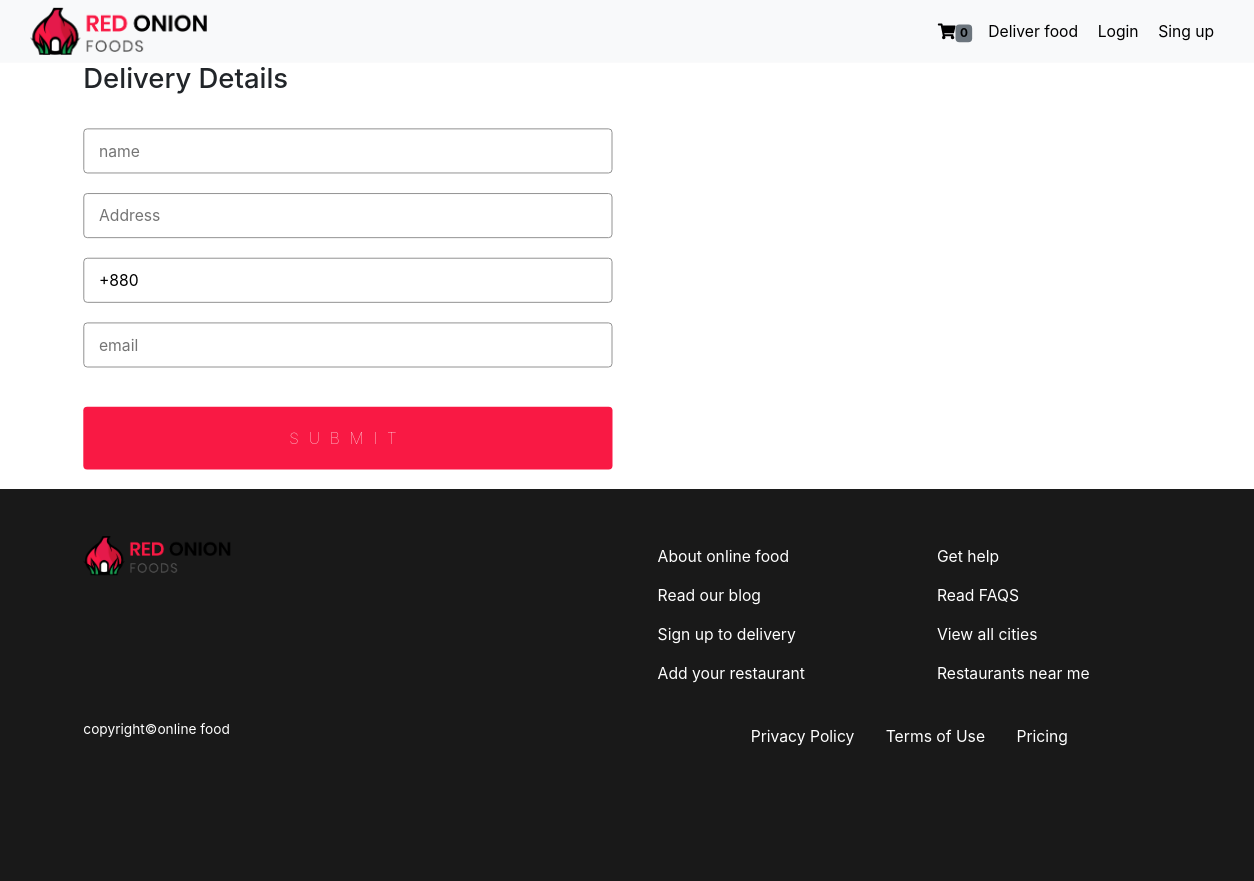
Repository: arif286/red-onion-client
Page: /cart
The author's editor kept a copy of each file at every save. The page is drawn from the files as they stood at one save, then again after the next save.
The browser window is 1280 px wide. The pictures show the whole page, at 98% of full size.
The project was rebuilt for these pictures with package versions that can differ from the ones it lists, and the page was loaded fresh each time. Some packages were replaced by stand-ins written for this rebuild. Also part of the build but not shown: src/App.css, src/components/SearchBar/SearchBar.css, src/components/SearchBar/SearchBar.js, src/components/FoodDetails/FoodDetail.css, src/components/FoodDetails/FoodDetail.js, src/components/DeliveryFood/DeliveryFood.js, src/components/Food/Food.css, src/components/Food/FoodItem.js and 9 more.

Above is the page before, as saved 2021-03-30 16:21:28.

### src/App.js
import "bootstrap/dist/css/bootstrap.min.css";
import React, { createContext, useState } from "react";
import { BrowserRouter as Router, Route, Switch } from "react-router-dom";
import './App.css';
import Cart from "./components/Cart/Cart";
import FoodDetail from "./components/FoodDetails/FoodDetail";
import Footer from "./components/Footer/Footer";
import Header from "./components/Header/Header";
import Home from './components/Home/Home';
import Login from "./components/LogIn/Login";
import SingUp from "./components/SingUp/SingUp";


export const UserContext = createContext();
function App() {
  const [loggedInUser, setLoggedInUser] = useState({});
  return (
    <UserContext.Provider value={[loggedInUser, setLoggedInUser]}>
      <Router>
        <Header />
        <Switch>
          <Route path="/home">
            <Home />
          </Route>
          <Route path="/signUp">
            <SingUp />
          </Route>
          <Route path="/login">
            <Login />
          </Route>
          <Route path="/food/details/:foodId">
            <FoodDetail />
          </Route>
          <Route path='/cart'>
            <Cart/>
          </Route>
          <Route exact path="/">
            <Home/>
          </Route>
        </Switch>
        <Footer />
      </Router>
    </UserContext.Provider>
  );

}

export default App;

### src/components/Cart/Cart.js
import React, { useContext } from 'react';
import { useForm } from 'react-hook-form';
import { UserContext } from '../../App';
import './Cart.css';
const Cart = () => {
    const [loggedInUser, setLoggedInUser] = useContext(UserContext);
    const { count, foodItem } = loggedInUser;

    const { register, handleSubmit, errors } = useForm();

    const onSubmit = (data) => {
        console.log(data)
    }
    return (
      <div className="container">
        <div className="row justify-content-between">
          <div className="col-md-6 col-sm-12">
            <h3>Delivery Details</h3>
            <form className='delivery-form' onSubmit={handleSubmit(onSubmit)}>
              <input
                type="text"
                name="name"
                placeholder="name"
                ref={register({
                  validate: (value) => (value.length !== ''),
                  required: true,
                })}
              />
              {errors.name && <p>please write your name</p>}

              <input
                type="text"
                name="address"
                placeholder="Address"
                ref={register({
                  validate: (value) => (value.length !== ''),
                  required: true,
                })}
              />
              {errors.address && <p>please write correct address</p>}
              <input
                type="phone"
                name="phone"
                placeholder="phone"
                defaultValue="+880"
                ref={register({
                  validate: (value) => value.length !== 14,
                  required: true,
                })}
              />
              {errors.phone && <p>please type a correct number</p>}
                <input
                 name = 'email'
                 type = "email"
                 placeholder = "email"
                 ref={register({
                  pattern: /^(([^<>()[\]\\.,;:\s@"]+(\.[^<>()[\]\\.,;:\s@"]+)*)|(".+"))@((\[[0-9]{1,3}\.[0-9]{1,3}\.[0-9]{1,3}\.[0-9]{1,3}\])|(([a-zA-Z\-0-9]+\.)+[a-zA-Z]{2,}))$/,
                  required: true,
                })}
              />
              {
                  errors.email && <p>Invalid Email</p>
              }
              <input type="submit" value="submit" />
            </form>
          </div>
          <div className="col-md-4 col-sm-12"></div>
        </div>
      </div>
    );
};

export default Cart;

### src/components/Footer/Footer.js
import React from 'react';
import { NavLink } from 'react-bootstrap';
import Logo from '../../onion-restaurent/logo2.png';
import './Footer.css';

const Footer = () => {
    return (
      <footer>
        <div className="container">
          <div className="row pt-5">
            <div className="col-md-6 col-sm-12 pb-4">
              <img className="footer-img" src={Logo} alt="" />
            </div>
            <div className="col-md-3 col-sm-12 pb-4">
              <ul className="nav flex-column">
                <li className="nav-item">
                  <NavLink
                    className="nav-link active footer-link"
                    aria-current="page"
                    to="/"
                  >
                    About online food
                  </NavLink>
                </li>
                <li className="nav-item">
                  <NavLink className="nav-link footer-link" to="/">
                    Read our blog
                  </NavLink>
                </li>
                <li className="nav-item">
                  <NavLink className="nav-link footer-link" to="/">
                    Sign up to delivery
                  </NavLink>
                </li>
                <li className="nav-item">
                  <NavLink className="nav-link footer-link" to="/">
                    Add your restaurant
                  </NavLink>
                </li>
              </ul>
            </div>
            <div className="col-md-3 col-sm-12 pb-4">
              <ul className="nav flex-column">
                <li className="nav-item">
                  <NavLink
                    className="nav-link footer-link"
                    aria-current="page"
                    to="/"
                  >
                    Get help
                  </NavLink>
                </li>
                <li className="nav-item">
                  <NavLink className="nav-link footer-link" to="/">
                    Read FAQS
                  </NavLink>
                </li>
                <li className="nav-item">
                  <NavLink className="nav-link footer-link" to="/">
                    View all cities
                  </NavLink>
                </li>
                <li className="nav-item">
                  <NavLink className="nav-link footer-link" to="/">
                    Restaurants near me
                  </NavLink>
                </li>
              </ul>
            </div>
          </div>

          <div className="row">
            <div className="col-md-7">
              <p className='copy-right'>
                <small>
                  copyright<span>&#169;</span>online food
                </small>
              </p>
            </div>
            <div className="col-md-5">
              <div className='d-flex'>
                <NavLink className="footer-link">Privacy Policy</NavLink>
                <NavLink className="footer-link">Terms of Use</NavLink>
                <NavLink className="footer-link">Pricing</NavLink>
              </div>
            </div>
          </div>
        </div>
      </footer>
    );
};

export default Footer;

### src/components/Header/Header.js
import { faShoppingCart } from "@fortawesome/free-solid-svg-icons";
import { FontAwesomeIcon } from "@fortawesome/react-fontawesome";
import React from 'react';
import { NavLink } from "react-router-dom";
import logo from '../../onion-restaurent/logo2.png';
import './Header.css';
const cart = <FontAwesomeIcon icon={faShoppingCart} />;
const Header = () => {
    const header = {
        logo : {width: '180px'}
    }
    return (
      <div>
        <nav className="navbar navbar-expand-lg navbar-light bg-light">
          <div className="container-fluid">
            <div>
              <img style={header.logo} src={logo} alt="" />
            </div>
            <button
              className="navbar-toggler"
              type="button"
              data-bs-toggle="collapse"
              data-bs-target="#navbarNav"
              aria-controls="navbarNav"
              aria-expanded="false"
              aria-label="Toggle navigation"
            >
              <span className="navbar-toggler-icon"></span>
            </button>
            <div
              className="collapse  navbar-collapse justify-content-end"
              id="navbarNav"
            >
              <ul className="navbar-nav align-items-center">
                <li className="nav-item">
                  <button className=" cart-btn" to="/">
                    {cart}
                    <small className="badge bg-secondary">0</small>
                  </button>
                </li>
                <li className="nav-item">
                  <NavLink className="header-link" to="/cart">
                    Deliver food
                  </NavLink>
                </li>
                <li className="nav-item">
                  <NavLink className="header-link" to="/login">
                    Login
                  </NavLink>
                </li>
                <li className="nav-item">
                  <NavLink className="header-link" to="/signUp">
                    Sing up
                  </NavLink>
                </li>
              </ul>
            </div>
          </div>
        </nav>
      </div>
    );
};

export default Header;

### src/components/Cart/Cart.css
.delivery-form input {
  width: 100%;
  padding: 10px 15px;
  box-sizing: border-box;
  margin-bottom: 20px;
  border: 1px solid #909090;
  outline: none;
  border-radius: 4px;
}
.delivery-form input:first-child {
  margin-top: 25px;
}

.delivery-form p {
  color: #bf1650;
  margin-bottom: 20px;
}

.delivery-form p::before {
  display: inline;
  content: "⚠ ";
}

button[type="submit"],
.delivery-form input[type="submit"] {
  background: #f91944;
  color: white;
  text-transform: uppercase;
  border: none;
  margin-top: 20px;
  padding: 20px;
  font-size: 16px;
  font-weight: 100;
  letter-spacing: 10px;
}

button[type="submit"]:hover,
.delivery-form input[type="submit"]:hover {
  background: #d83153;
}

### src/components/Footer/Footer.css
.footer-img {
  width: 150px;
}
footer {
  background-color: #191919;
  height: 400px;
}
.footer-link {
  color: white;
}
.footer-link:hover {
  color: #878787;
}
.copy-right {
  color: white;
}

### src/components/Header/Header.css
.header-link {
  color: black;
  display: inline-block;
  padding: 10px;
}
.header-link:hover {
  text-decoration: none;
  color: #777777;
}
.cart-btn {
  border: none;
  background: none;
}

Loaded but not shown: public/index.html (common file); src/index.js (common file); src/index.css (common file); src/reportWebVitals.js (common file)

After the next save:
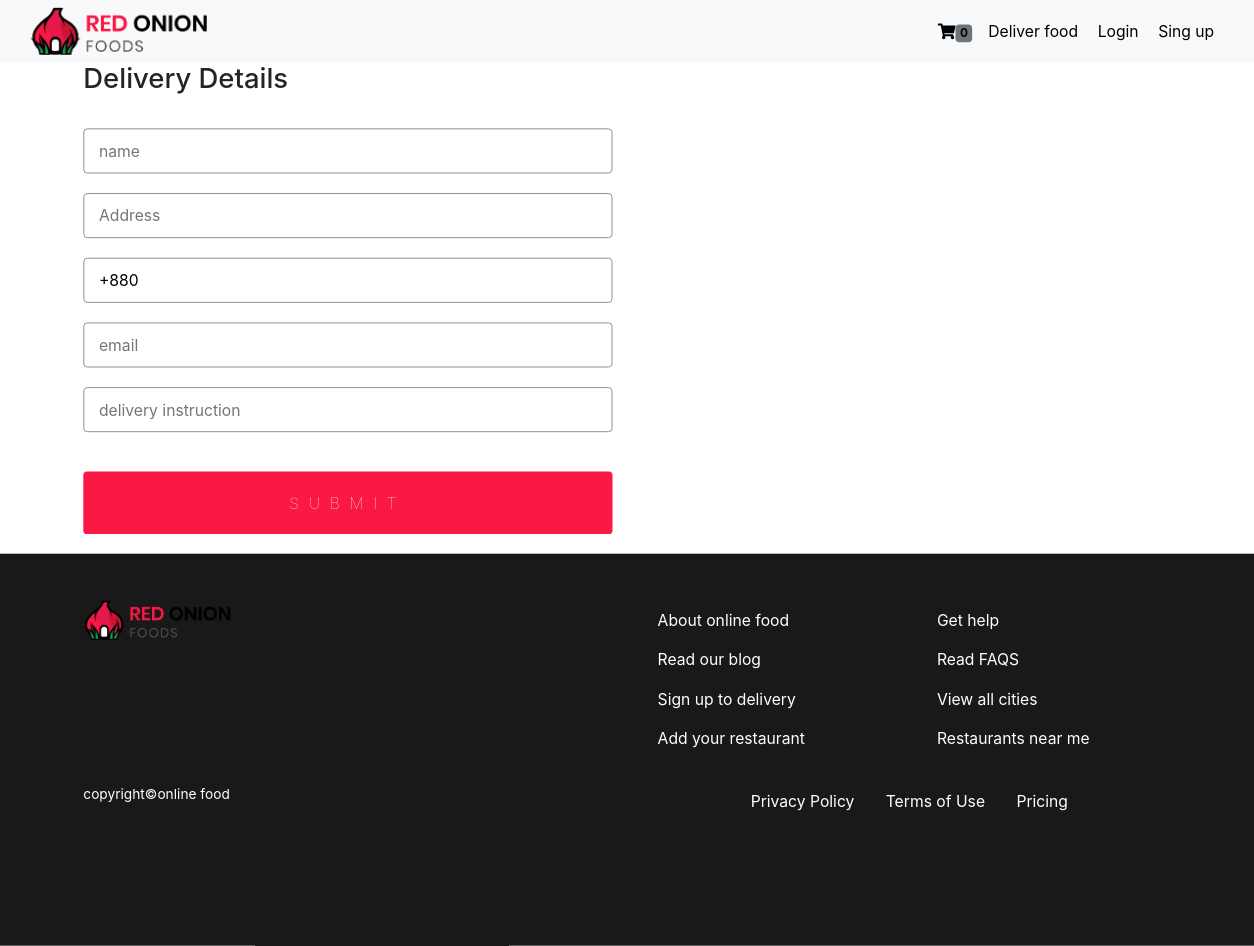
Saved 8 min 39 s later.
--- a/src/components/Cart/Cart.js
+++ b/src/components/Cart/Cart.js
@@ -61,6 +61,8 @@ const Cart = () => {
               {
                   errors.email && <p>Invalid Email</p>
               }
+              <input type='text' name='instruction'
+              placeholder='delivery instruction' />
               <input type="submit" value="submit" />
             </form>
           </div>
